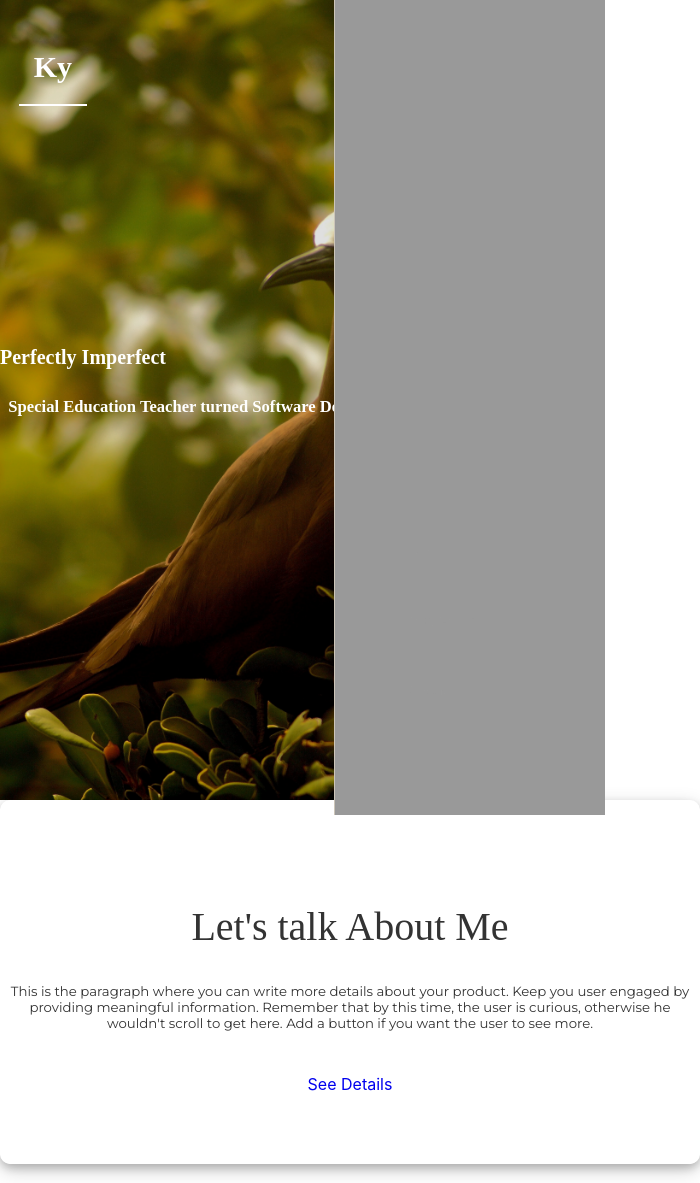
Repository: kkyler24/Perfectly-Imperfect
Page: / (app in imperfect/)
An editor plug-in stored every save of this project. The page is shown before and after the next save, followed by the edit.
The browser window is 375 px wide. The page is 700 px wide, so the pictures cover 700 px, including what lies to the right of the window. The pictures show the whole page.
Backgrounds fixed to the window are drawn as part of the page. Some web fonts or font styles are not loaded; a fallback is used. The project was rebuilt for these pictures with package versions that can differ from the ones it lists, and the page was loaded fresh each time.

Above is the page before, as saved 2020-08-06 11:59:41.

After the next save:
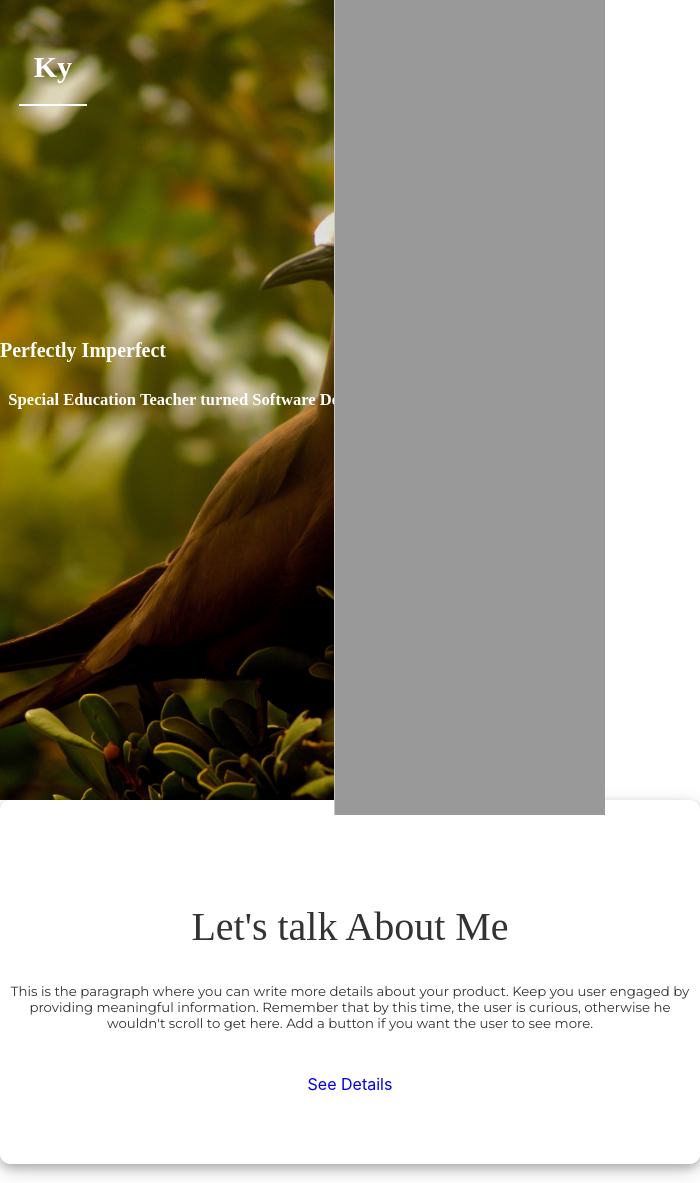
Saved 14 s later.
--- a/imperfect/src/Components/Headerindex/Indexheader.css
+++ b/imperfect/src/Components/Headerindex/Indexheader.css
@@ -71,6 +71,7 @@ h1 {
 @media (max-width: 570px) and (min-width: 270px) {
   #JumboHeaderTitle {
     width: 400px;
+    margin: 0px;
     font-size: 20px;
     display: flex;
     flex-wrap: wrap;
